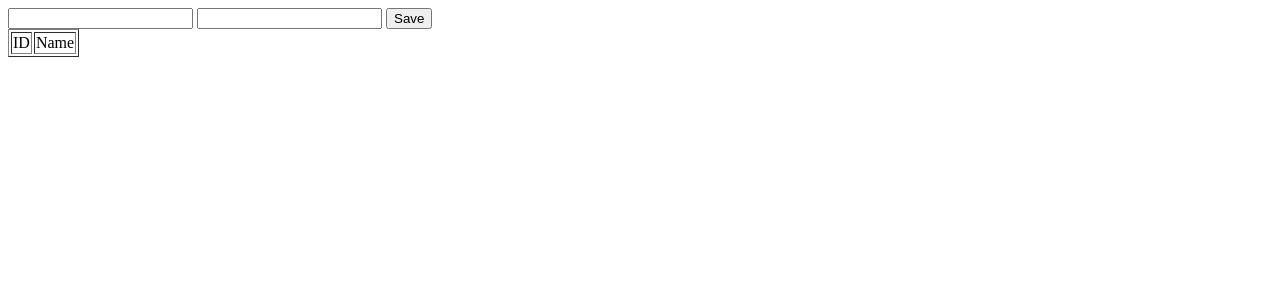
Repository: minhtuan16/JS-Basic
Page: JavaScript Begin/htmldom.html
The author's editor kept a copy of each file at every save. The page is drawn from the files as they stood at one save, then again after the next save.
The browser window is 1280 px wide. The pictures show the whole page.

Above is the page before, as saved 2022-06-03 19:43:40.

After the next save:
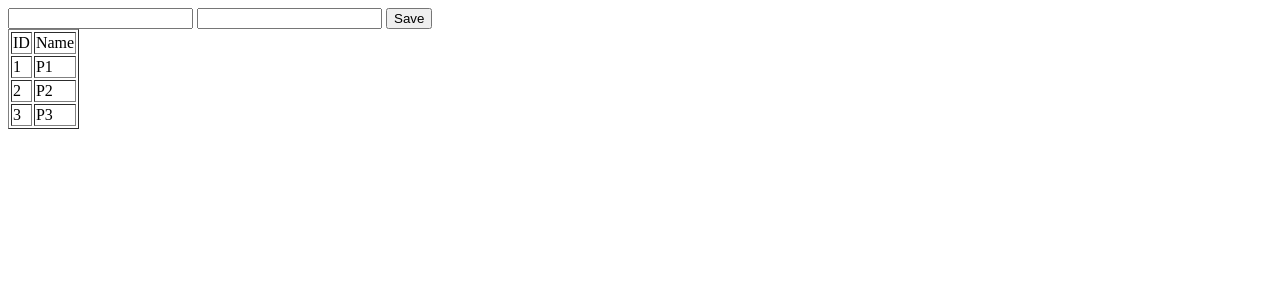
Saved 10 s later.
--- a/JavaScript Begin/htmldom.html
+++ b/JavaScript Begin/htmldom.html
@@ -54,6 +54,7 @@
             }
         }
 
+        resetDrawTable(data);
     </script>
 </body>
 </html>

After the 3 saves that followed:
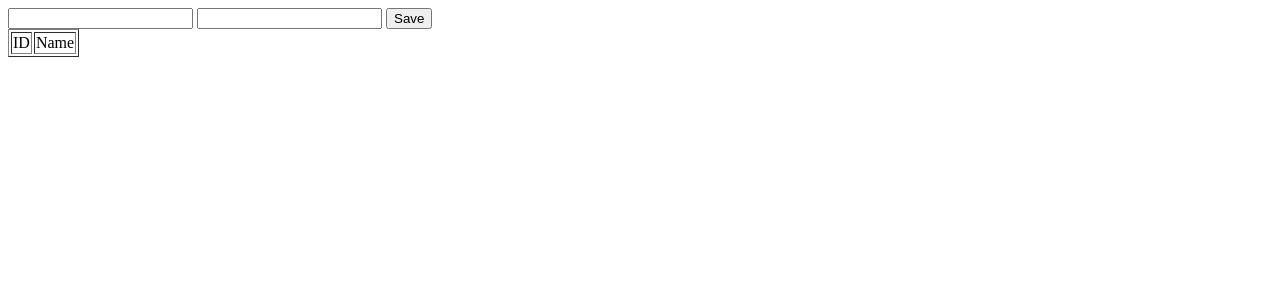
The 3 saves are shown as one change because 2 left the picture as it was.
The last was saved 5 min 54 s later.
--- a/JavaScript Begin/htmldom.html
+++ b/JavaScript Begin/htmldom.html
@@ -46,6 +46,7 @@
         }
 
         function resetDrawTable(persons) {
+
             var tableBody = document.getElementById("tableBody");
             tableBody.innerHTML = "";
 
@@ -54,7 +55,14 @@
             }
         }
 
-        resetDrawTable(data);
+        //goi ham in ra toan bo mang
+        // resetDrawTable(data);
+
+        function create(person) {
+            var tr = document.createElement("tr");
+            var tdId = document.createElement("td");
+            var tdName = document.createElement("td");
+        }
     </script>
 </body>
 </html>
